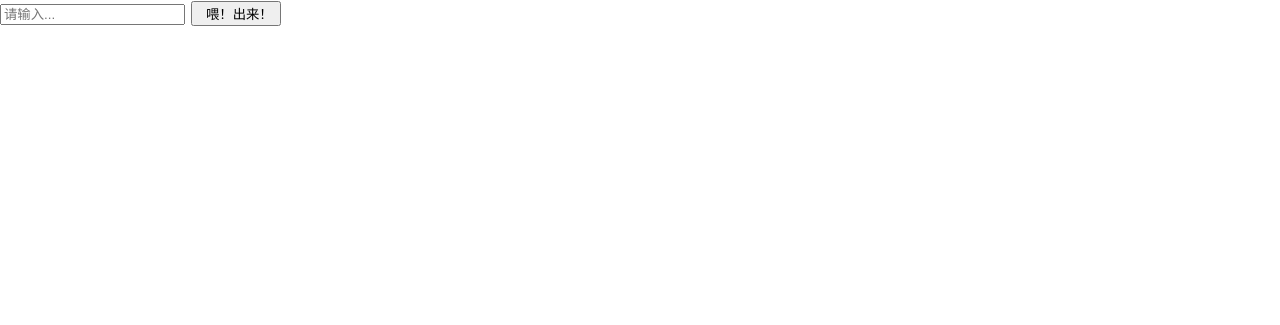
Repository: StarunneR/one-page
Page: index.html
The author's editor kept a copy of each file at every save. The page is drawn from the files as they stood at one save, then again after the next save.
The browser window is 1280 px wide. The pictures show the whole page.

Above is the page before, as saved 2022-01-08 18:46:33.

### index.html
<!doctype html>
<html lang="zh">

<head>
    <meta charset="utf-8" />
    <title>浊池留言板</title>
    <script src="waline/waline.js"></script>
    <link rel="shortcut icon" href="./favicon.ico" />
    <link href="static/css/main.css" rel="stylesheet" type="text/css" />
</head>

<body>
    <div class="front_page">
        <input type="text" placeholder="请输入..." name="" id="page" value="" />
        <button onclick="visit()">&nbsp;&nbsp;喂！出来！</button>
        <script>
            function visit() {
                window.location.href = document.getElementById("page").value;
            };
        </script>
    </div>
</body>

</html>

### static/css/main.css
body {
  margin: auto;
  padding: auto;
  font-family: -apple-system, BlinkMacSystemFont, "Segoe UI", "Roboto", "Oxygen",
    "Ubuntu", "Cantarell", "Fira Sans", "Droid Sans", "Helvetica Neue",
    sans-serif;
  -webkit-font-smoothing: antialiased;
  -moz-osx-font-smoothing: grayscale;
}
a {
  text-decoration: none;
  color: #000;
}
.app {
  background: #c0edc6;
  max-width: 720px;
  margin: 0 auto;
  padding-bottom: 2rem;
}
.app__header {
  font-size: 1.2rem;
  color: #2e352e;
  border-top: 1px solid transparent;
  border-bottom: 1px solid transparent;
  box-sizing: border-box;
}
html {
  font-size: 14px;
}
@media screen and (min-width: 321px) and (max-width: 375px) {
  html {
    font-size: 14px;
  }
body {
    text-align: center;
    min-height: 0px;
}

}
@media screen and (min-width: 376px) and (max-width: 414px) {
  html {
    font-size: 15px;
  }
}
@media screen and (min-width: 415px) and (max-width: 639px) {
  html {
    font-size: 16px;
  }
}
@media screen and (min-width: 640px) and (max-width: 719px) {
  html {
    font-size: 17px;
  }
}
@media screen and (min-width: 720px) and (max-width: 749px) {
  html {
    font-size: 18px;
  }
}
@media screen and (min-width: 750px) and (max-width: 799px) {
  html {
    font-size: 20px;
  }
}
@media screen and (min-width: 800px) {
  html {
    font-size: 20px;
  }
}
.front_page {
  position:absolute;
  left: 0;
  top: 0;
  bottom: 0;
  right: 0;
  margin: auto;
}

Loaded but not shown: waline/waline.js (library)

After the next save:
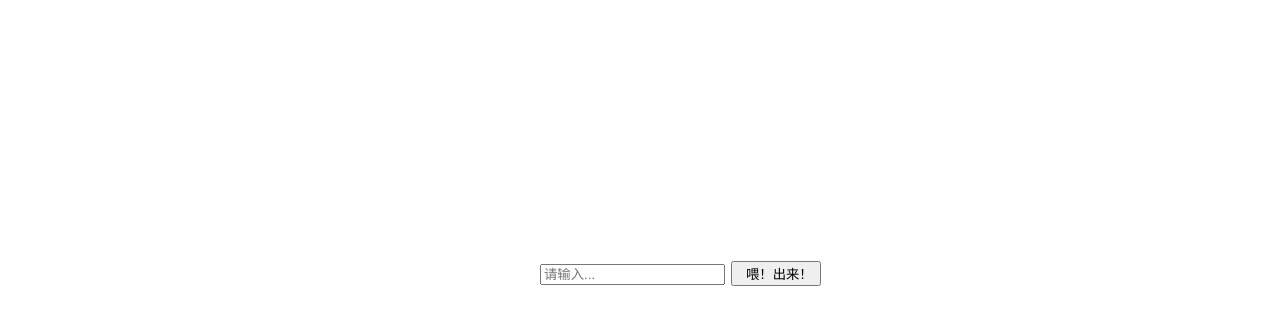
Saved 82 s later.
--- a/static/css/main.css
+++ b/static/css/main.css
@@ -68,10 +68,9 @@ body {
   }
 }
 .front_page {
-  position:absolute;
-  left: 0;
-  top: 0;
-  bottom: 0;
-  right: 0;
-  margin: auto;
+  position: absolute;
+  left:50%;
+  top:50%;
+  margin-left:-100px;
+  margin-top:-100px;
 }
